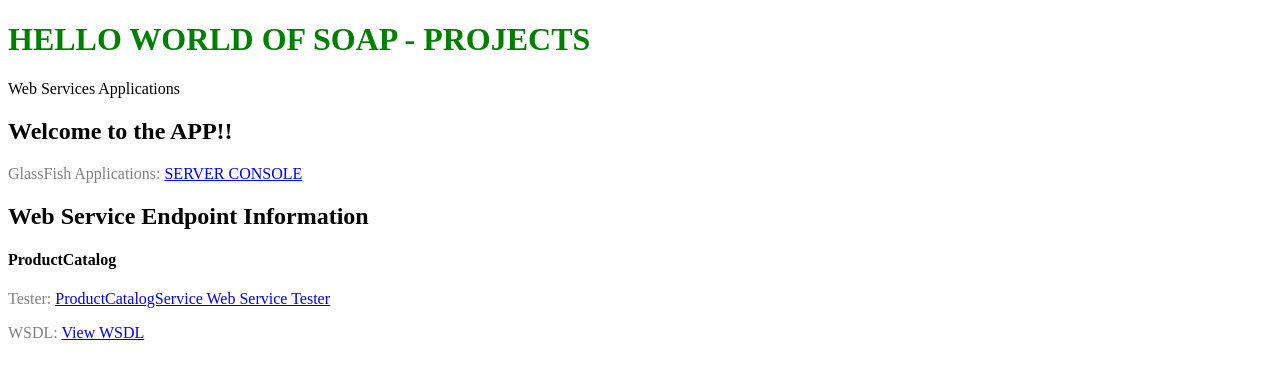
Repository: atafs/BackEnd_JAX-JAX-WS_SOAP
Page: http://localhost/Project_004_SOAP_server_TypesAndBinding/
The author's editor kept a copy of each file at every save. The page is drawn from the files as they stood at one save, then again after the next save.
The browser window is 1280 px wide. The pictures show the whole page.
The page is served by Tomcat 9.

Above is the page before, as saved 2016-01-26 15:09:41.

After the next save:
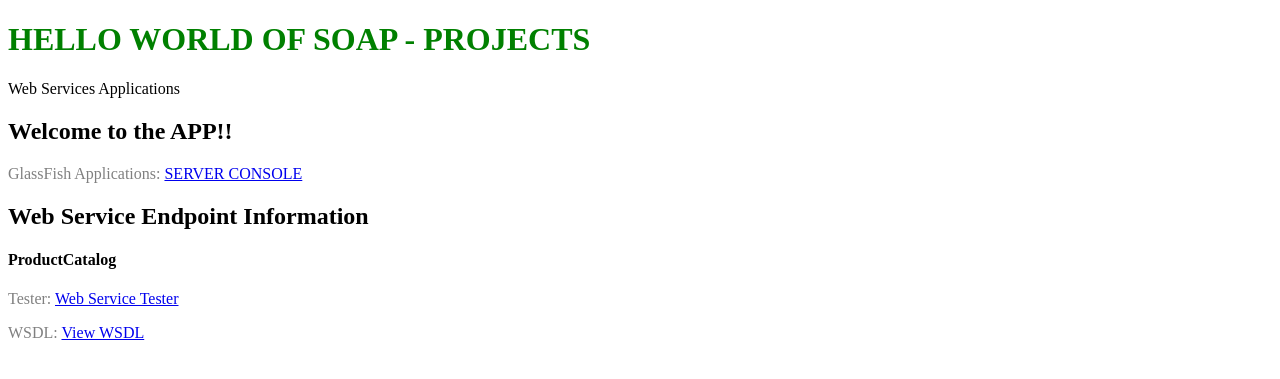
Saved 56 s later.
--- a/Project_004_SOAP_server_TypesAndBinding/WebContent/index.jsp
+++ b/Project_004_SOAP_server_TypesAndBinding/WebContent/index.jsp
@@ -20,7 +20,7 @@
 
 	<h2>Web Service Endpoint Information</h2>
 	<h4>ProductCatalog</h4>
-	<p style="color:gray;">Tester: <a href="http://atafs:9090/Project_004_SOAP_server_TypesAndBinding/ShopInfoService?Tester">ProductCatalogService Web Service Tester</a></p>
+	<p style="color:gray;">Tester: <a href="http://atafs:9090/Project_004_SOAP_server_TypesAndBinding/ShopInfoService?Tester">Web Service Tester</a></p>
 	<p style="color:gray;">WSDL: <a href="http://atafs:9090/Project_004_SOAP_server_TypesAndBinding/ShopInfoService?wsdl">View WSDL</a></p>
 </body>
 </html>
